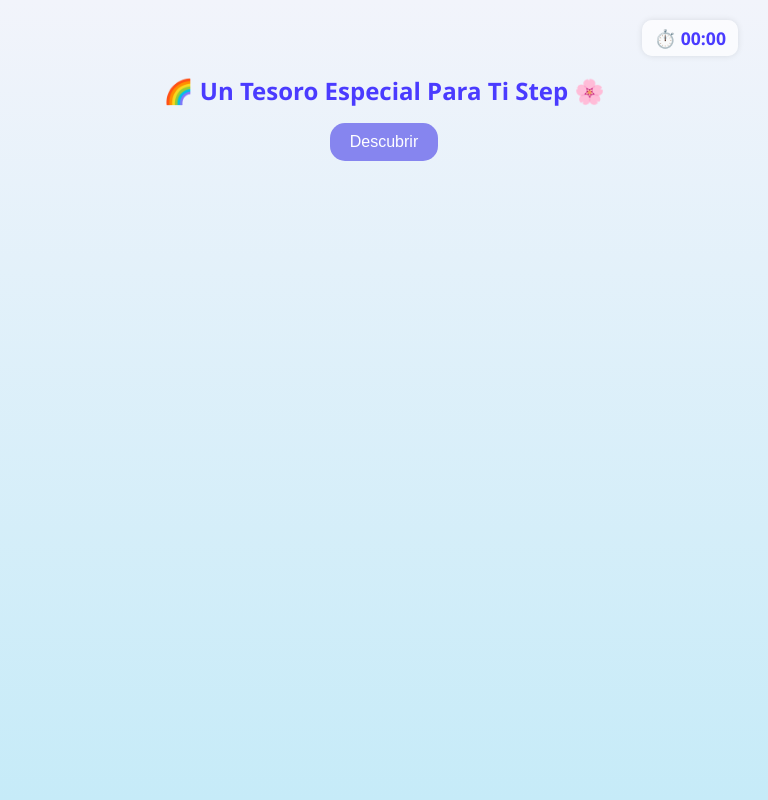
Repository: FernandoPelaez/juego-step
Page: index.html
The author's editor kept a copy of each file at every save. The page is drawn from the files as they stood at one save, then again after the next save.
The browser window is 768 px wide. The pictures show the whole page.
Some web libraries are served in a nearby version.

Above is the page before, as saved 2025-05-13 23:24:04.

### index.html
<!DOCTYPE html>
<html lang="es">
<head>
  <meta charset="UTF-8" />
  <meta name="viewport" content="width=device-width, initial-scale=1.0" />
  <title>Un Tesoro Especial Para Step</title>
  <link rel="stylesheet" href="style.css" />
</head>
<body>

  <div class="reloj" id="reloj">⏱️ 00:00</div>
  <p id="mensajeTiempo" class="mensaje-tiempo"></p>

  <div class="pantalla-inicial">
    <h1>🌈 <span>Un Tesoro Especial Para Ti Step</span> 🌸</h1>
    <button id="btnComenzar">Descubrir</button>
  </div>

  <div class="juego" id="juego" style="display:none;">
    <h2>Encuentra los pares mágicos ✨</h2>

    <div id="tablero" class="tablero"></div>

    <p id="mensajeAcierto" class="mensaje-acierto"></p>

    <!-- ✅ Botón de reinicio abajo del tablero -->
    <button id="btnReiniciar">🔁 Reiniciar</button>
  </div>

  <div id="mensajeFinal" class="mensaje-final" style="display:none;">
    <h2>🔓 ¡Tesoro desbloqueado! 🌟</h2>
    <p id="tiempoFinal"></p>
    <button id="btnVolverAJugar">Volver a jugar</button>
  </div>

  <script src="https://cdn.jsdelivr.net/npm/canvas-confetti@1.6.0/dist/confetti.browser.min.js"></script>
  <script src="script.js"></script>
</body>
</html>

### style.css
body {
  margin: 0;
  font-family: 'Segoe UI', Tahoma, Geneva, Verdana, sans-serif;
  background: linear-gradient(to bottom, #f2f4fb, #c6ebf8);
  display: flex;
  flex-direction: column;
  align-items: center;
  justify-content: start;
  min-height: 100vh;
  color: #3f3d56;
  text-align: center;
  overflow-x: hidden;
}

.pantalla-inicial, .mensaje-final {
  margin-top: 50px;
}

.juego {
  margin-top: 20px;
  padding-bottom: 40px; /* Espacio al final para que no pegue al borde */
}

h1 {
  font-size: 2rem;
  color: #4a3bff;
}

h1 span {
  font-weight: bold;
}

h2 {
  font-size: 1.5rem;
  margin-bottom: 20px;
}

button {
  padding: 12px 24px;
  font-size: 1.1rem;
  background-color: #8685ef;
  color: white;
  border: none;
  border-radius: 15px;
  cursor: pointer;
  transition: background-color 0.3s ease;
}

button:hover {
  background-color: #6b69e9;
}

.tablero {
  display: grid;
  grid-template-columns: repeat(7, 70px);
  gap: 15px;
  justify-content: center;
  margin-bottom: 20px;
}

.carta {
  width: 70px;
  height: 70px;
  background-color: white;
  border: 2px solid #b5b7f3;
  border-radius: 12px;
  display: flex;
  align-items: center;
  justify-content: center;
  font-size: 1.8rem;
  cursor: pointer;
  user-select: none;
  transition: transform 0.2s;
}

.carta:hover {
  transform: scale(1.05);
}

.carta.acertada {
  background-color: #c8f7c5;
  border-color: #a3e6a1;
  cursor: default;
}

.mensaje-acierto {
  font-size: 1.1rem;
  color: #4a3bff;
  margin-top: 10px;
  min-height: 1.5rem;
}

.mensaje-final {
  font-size: 2rem;
  font-weight: bold;
  color: #4a3bff;
}

.mensaje-final button {
  margin-top: 20px;
}

.reloj {
  position: absolute;
  top: 20px;
  right: 30px;
  font-size: 1.1rem;
  font-weight: bold;
  color: #4a3bff;
  background-color: rgba(255, 255, 255, 0.7);
  padding: 6px 12px;
  border-radius: 10px;
  box-shadow: 0 0 6px rgba(0, 0, 0, 0.1);
}

.juego button#btnReiniciar {
  margin-top: 20px;
  display: block;
  margin-left: auto;
  margin-right: auto;
}

.mensaje-tiempo {
  color: #ff4d6d;
  font-weight: bold;
  margin-top: 10px;
  font-size: 1.1rem;
  animation: aparecer 0.5s ease-in-out;
}

@keyframes aparecer {
  from { opacity: 0; transform: translateY(-5px); }
  to { opacity: 1; transform: translateY(0); }
}

@media (max-width: 768px) {
  h1 {
    font-size: 1.5rem;
    padding: 0 10px;
  }

  h2 {
    font-size: 1.2rem;
    padding: 0 10px;
  }

  .tablero {
    grid-template-columns: repeat(4, 60px);
    gap: 12px;
  }

  .carta {
    width: 60px;
    height: 60px;
    font-size: 1.5rem;
  }

  button {
    padding: 10px 20px;
    font-size: 1rem;
  }

  .pantalla-inicial, .mensaje-final {
    margin-top: 30px;
    padding: 0 10px;
  }

  .juego {
    margin-top: 10px;
    padding: 0 10px 40px;
  }

  .mensaje-acierto {
    font-size: 1rem;
    min-height: 1.2rem;
  }

  .mensaje-final {
    font-size: 1.5rem;
  }
}

### script.js
const tablero = document.getElementById("tablero");
const btnComenzar = document.getElementById("btnComenzar");
const juego = document.getElementById("juego");
const pantallaInicial = document.querySelector(".pantalla-inicial");
const mensajeFinal = document.getElementById("mensajeFinal");
const mensajeAcierto = document.getElementById("mensajeAcierto");
const btnReiniciar = document.getElementById("btnReiniciar");
const btnVolverAJugar = document.getElementById("btnVolverAJugar");
const tiempoFinal = document.getElementById("tiempoFinal");
const mensajeTiempo = document.getElementById("mensajeTiempo");

const reloj = document.getElementById("reloj");
let segundos = 0;
let temporizador = null;

function actualizarReloj() {
  const min = String(Math.floor(segundos / 60)).padStart(2, '0');
  const seg = String(segundos % 60).padStart(2, '0');
  reloj.textContent = `⏱️ ${min}:${seg}`;
}

const sonidoVoltear = new Audio('sonido/voltear.mp3');

const emojis = ["🌈", "🎀", "🍭", "🌸", "🧁", "🧸", "🦄", "💖", "🌟", "🍓", "🐥", "🐚", "🌷", "🍬"];
const mensajes = [
  "¡Lo lograste, Step! 🧠✨",
  "Eres más lista que el código que te hizo 😎",
  "¡Cada vez más cerca del tesoro! 💖",
  "¡Estás imparable, mi genia! 💪💘",
  "¡Wow! Tu memoria es de otro nivel 🧠💥",
  "¡Eres brillante! ✨ Como siempre lo has sido 🌟",
  "¡Qué talento, Step! 🪄💡",
  "¡Eres un rayo de genialidad! ⚡🌈",
  "¡Imposible no admirarte! 🐚🫧",
  "¡Así se juega con el corazón! 💓🎯",
  "¡Tus neuronas están de fiesta! 🧠🎉",
  "¡Eres la reina de los pares! 👑🧸",
  "¡Con cada clic demuestras magia! 🦄💫",
  "¡Increíble! No hay reto que no superes 💥🍭"
];

let cartas = [];
let seleccionadas = [];
let paresEncontrados = 0;

btnComenzar.addEventListener("click", iniciarJuego);
btnReiniciar.addEventListener("click", () => location.reload());
if (btnVolverAJugar) {
  btnVolverAJugar.addEventListener("click", () => location.reload());
}

function iniciarJuego() {
  pantallaInicial.style.display = "none";
  juego.style.display = "block";
  mensajeTiempo.textContent = "";

  segundos = 0;
  actualizarReloj();
  temporizador = setInterval(() => {
    segundos++;
    actualizarReloj();

    if (segundos === 30) {
      mensajeTiempo.textContent = "Ánimos, no te me vayas a ondear 😅 ¡Yo sé que tú puedes!";


      setTimeout(() => {
        mensajeTiempo.textContent = "";
      }, 5000);
    }
  }, 1000);

  const cartasDobles = [...emojis, ...emojis];
  cartasDobles.sort(() => Math.random() - 0.5);

  cartasDobles.forEach((emoji, index) => {
    const carta = document.createElement("div");
    carta.classList.add("carta");
    carta.dataset.valor = emoji;
    carta.dataset.index = index;
    carta.textContent = "❌";
    carta.addEventListener("click", manejarSeleccion);
    tablero.appendChild(carta);
    cartas.push(carta);
  });
}

function manejarSeleccion(e) {
  const carta = e.target;

  if (seleccionadas.length < 2 && !carta.classList.contains("acertada") && !seleccionadas.includes(carta)) {
    sonidoVoltear.play();
    carta.textContent = carta.dataset.valor;
    seleccionadas.push(carta);

    if (seleccionadas.length === 2) {
      const [carta1, carta2] = seleccionadas;
      if (carta1.dataset.valor === carta2.dataset.valor) {
        carta1.classList.add("acertada");
        carta2.classList.add("acertada");
        seleccionadas = [];
        paresEncontrados++;

        mensajeAcierto.textContent = mensajes[Math.floor(Math.random() * mensajes.length)];

        if (paresEncontrados === emojis.length) {
          clearInterval(temporizador);
          const min = String(Math.floor(segundos / 60)).padStart(2, '0');
          const seg = String(segundos % 60).padStart(2, '0');
          tiempoFinal.textContent = `⏱️ Lo hiciste en ${min}:${seg} minutos`;
          setTimeout(() => {
            juego.style.display = "none";
            mensajeFinal.style.display = "block";
            lanzarConfeti();
          }, 1000);
        }
      } else {
        setTimeout(() => {
          carta1.textContent = "❌";
          carta2.textContent = "❌";
          seleccionadas = [];
          mensajeAcierto.textContent = "";
        }, 800);
      }
    }
  }
}

function lanzarConfeti() {
  confetti({
    particleCount: 150,
    spread: 100,
    origin: { y: 0.6 }
  });
}

After the next save:
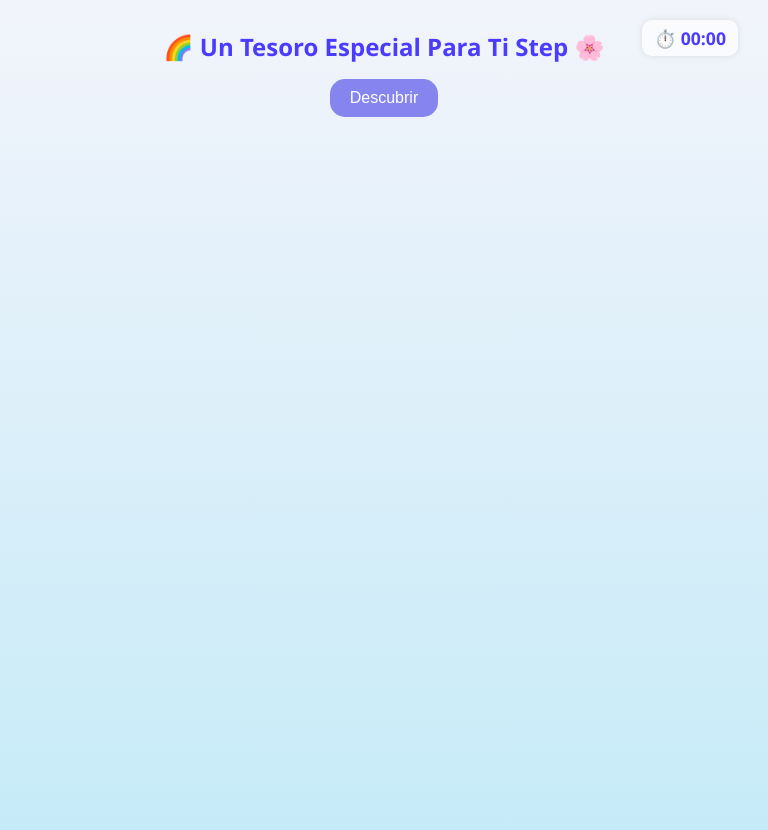
Saved 2 min 11 s later.
--- a/style.css
+++ b/style.css
@@ -2,14 +2,10 @@ body {
   margin: 0;
   font-family: 'Segoe UI', Tahoma, Geneva, Verdana, sans-serif;
   background: linear-gradient(to bottom, #f2f4fb, #c6ebf8);
-  display: flex;
-  flex-direction: column;
-  align-items: center;
-  justify-content: start;
-  min-height: 100vh;
   color: #3f3d56;
   text-align: center;
   overflow-x: hidden;
+  min-height: 100vh;
 }
 
 .pantalla-inicial, .mensaje-final {
@@ -18,7 +14,10 @@ body {
 
 .juego {
   margin-top: 20px;
-  padding-bottom: 40px; /* Espacio al final para que no pegue al borde */
+  display: flex;
+  flex-direction: column;
+  align-items: center;
+  padding-bottom: 40px;
 }
 
 h1 {
@@ -32,7 +31,7 @@ h1 span {
 
 h2 {
   font-size: 1.5rem;
-  margin-bottom: 20px;
+  margin-bottom: 10px;
 }
 
 button {
@@ -55,7 +54,7 @@ button:hover {
   grid-template-columns: repeat(7, 70px);
   gap: 15px;
   justify-content: center;
-  margin-bottom: 20px;
+  margin: 20px 0;
 }
 
 .carta {
@@ -113,11 +112,10 @@ button:hover {
   box-shadow: 0 0 6px rgba(0, 0, 0, 0.1);
 }
 
-.juego button#btnReiniciar {
-  margin-top: 20px;
+#btnReiniciar {
+  margin-top: 10px;
+  margin-bottom: 0;
   display: block;
-  margin-left: auto;
-  margin-right: auto;
 }
 
 .mensaje-tiempo {
@@ -133,6 +131,7 @@ button:hover {
   to { opacity: 1; transform: translateY(0); }
 }
 
+/* RESPONSIVE */
 @media (max-width: 768px) {
   h1 {
     font-size: 1.5rem;
@@ -178,4 +177,8 @@ button:hover {
   .mensaje-final {
     font-size: 1.5rem;
   }
+
+  #btnReiniciar {
+    margin-top: 10px;
+  }
 }
